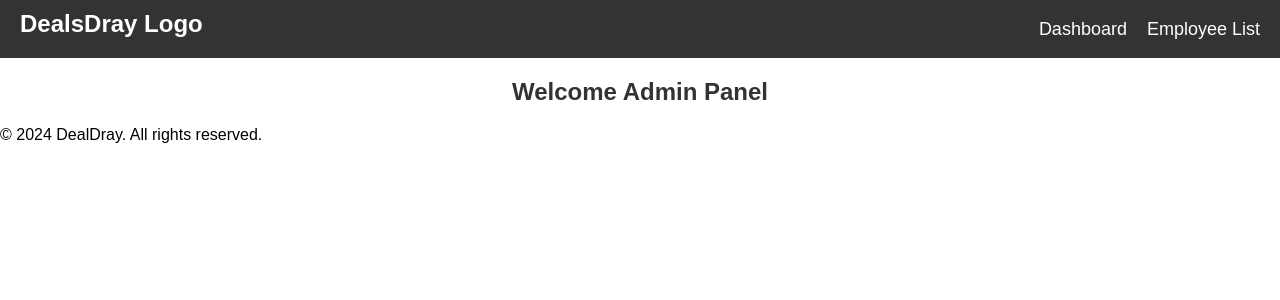
Repository: Mahanandapadavale123/dealsdray
Page: /dashboard (app in frontend/)
An editor plug-in stored every save of this project. The page is shown before and after the next save, followed by the edit.
The browser window is 1280 px wide. The pictures show the whole page.
The page's requests for data from a server got no answer. The project was rebuilt for these pictures with package versions that can differ from the ones it lists, and the page was loaded fresh each time. No one was signed in, and anything a server would have sent is missing. Also part of the build but not shown: frontend/src/views/login.jsx, frontend/src/views/EmployeeList.js, frontend/src/views/layout/createemployee.jsx.

Above is the page before, as saved 2024-09-19 17:30:26.

After the next save:
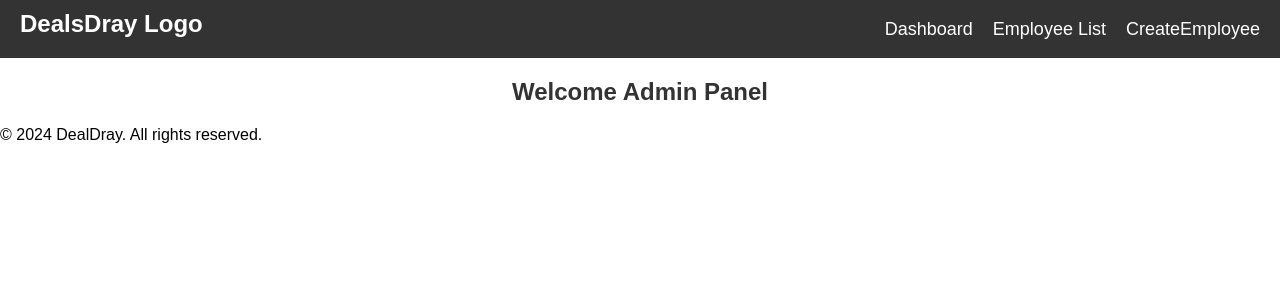
Saved 118 s later.
--- a/frontend/src/views/layout/header.jsx
+++ b/frontend/src/views/layout/header.jsx
@@ -9,6 +9,8 @@ const Header = () => {
             <ul class="nav-links">
                 <li><a href="/dashboard">Dashboard</a></li>
                 <li><a href="/employee-list">Employee List</a></li>
+                <li><a href="/createemployee">CreateEmployee</a></li>
+
             </ul>
         </nav>
     </header>
